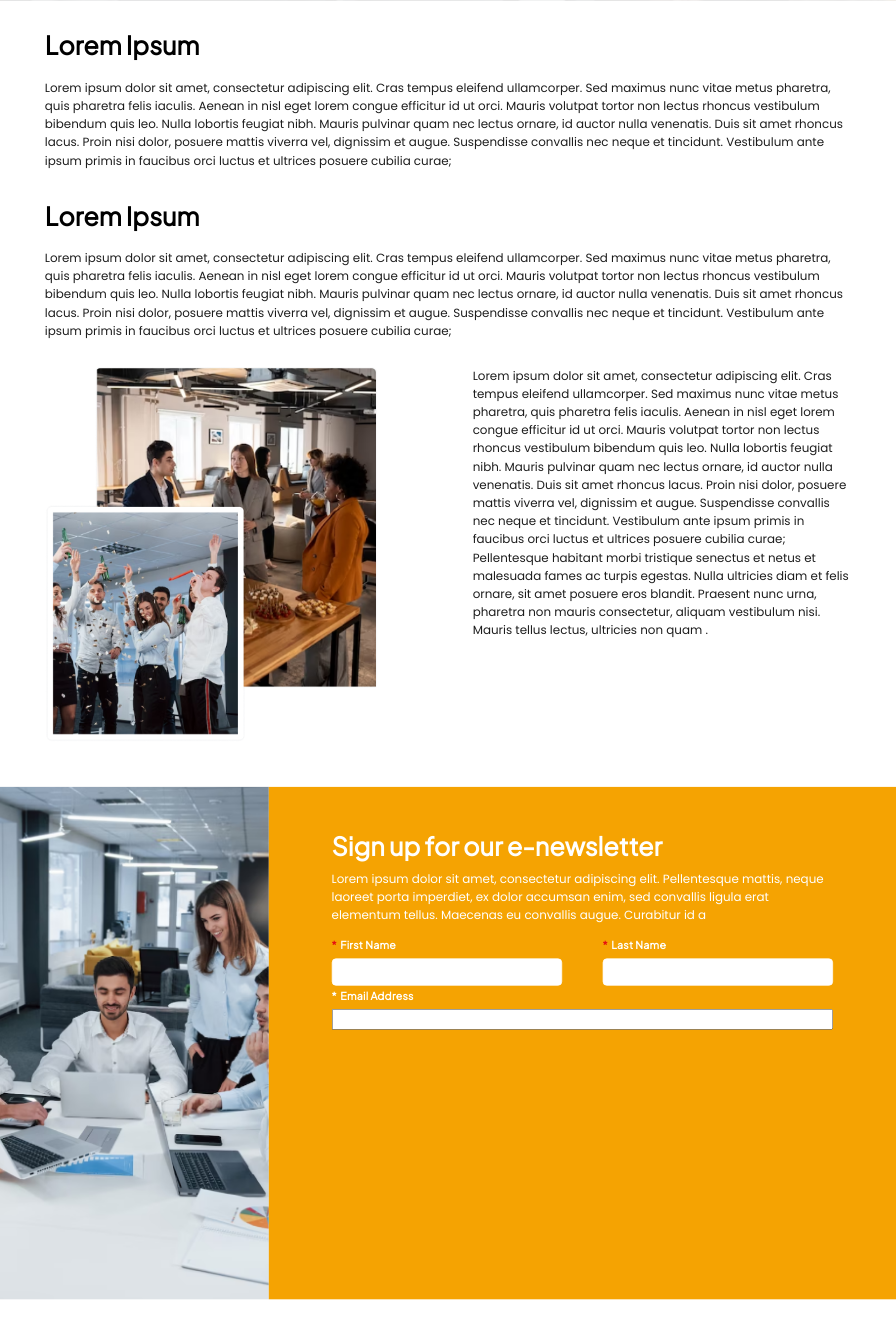
Repository: Akash8377/Hospitality-website
Page: /about-us
The author's editor kept a copy of each file at every save. The page is drawn from the files as they stood at one save, then again after a run of saves.
The browser window is 1280 px wide. The pictures show the part of the page from y = 683 to 2603 px (the page is 2603 px tall), at 70% of full size.
Some web libraries are served in a nearby version. The project was rebuilt for these pictures with package versions that can differ from the ones it lists, and the page was loaded fresh each time. Also part of the build but not shown: src/Component/Partial/heading-cont.js, src/Component/Shared/about-us.js, src/Component/Shared/Banner.js, src/Component/Shared/popular-jobs.js, src/Component/Sliders/ServiceSlider.js, src/Component/Sliders/ReviewSlider.js, src/Component/Partial/index-banner.js, src/Component/Partial/index-buisness-banner.js and 2 more.

Above is the page before, as saved 2023-07-07 12:13:12.

### public/index.html
<!-- @format -->

<!DOCTYPE html>
<html lang="en">
  <head>
    <meta charset="utf-8" />
    <link rel="icon" href="%PUBLIC_URL%/favicon.ico" />
    <meta name="viewport" content="width=device-width, initial-scale=1" />
    <meta name="theme-color" content="#000000" />
    <meta
      name="description"
      content="Web site created using create-react-app"
    />
    <link rel="apple-touch-icon" href="%PUBLIC_URL%/logo192.png" />
    <link rel="manifest" href="%PUBLIC_URL%/manifest.json" />

    <link rel="preconnect" href="https://fonts.googleapis.com" />
    <link rel="preconnect" href="https://fonts.gstatic.com" crossorigin />
    <link href="https://fonts.googleapis.com/css2?family=Plus+Jakarta+Sans&family=Poppins&display=swap" rel="stylesheet">
    <title>React App</title>
  </head>
  <body>
    <noscript>You need to enable JavaScript to run this app.</noscript>
    <div id="root"></div>
  </body>
  <script src="https://kit.fontawesome.com/b533b351e4.js" crossorigin="anonymous"></script>
</html>

### src/index.css
/** @format */

body {
  margin: 0;
  padding: 0;
  font-family: -apple-system, BlinkMacSystemFont, "Segoe UI", "Roboto", "Oxygen",
    "Ubuntu", "Cantarell", "Fira Sans", "Droid Sans", "Helvetica Neue",
    sans-serif;
  -webkit-font-smoothing: antialiased;
  -moz-osx-font-smoothing: grayscale;
}

code {
  font-family: source-code-pro, Menlo, Monaco, Consolas, "Courier New",
    monospace;
}

### src/App.js
import React from 'react'
import {  BrowserRouter  , Route , Routes } from 'react-router-dom'
import HomePage from './Pages/HomePage'



// Css
import './Css/Navbar.css'
import './Css/Lap.css'
import AboutUs from './Pages/AboutUs'
const App = () => {
  return (
    <>
      <BrowserRouter>
        <Routes>
            <Route path='/' element={<HomePage />} />
            <Route path='/about-us' element={<AboutUs />} />
        </Routes>
      </BrowserRouter>
    </>
  )
}

export default App

### src/Css/Navbar.css
/** @format */

.Navbar {
  display: flex;
  justify-content: space-evenly;
  box-shadow: 0px 10px 30px 0px rgba(0, 0, 0, 0.25);
  background-color: #033c59;
  padding: 20px;
  align-items: center;
}
.Navbar .main {
  width: 15%;
  text-align: center;
}
.Navbar .main a {
  text-decoration: none;
  color: #fff;
  font-size: 20px;
  font-family: Plus Jakarta Sans;
  font-style: normal;
  font-weight: 400;
  line-height: 24px;
  letter-spacing: 1px;
  margin: 0;
}

.Navbar .main img {
  display: block;
  margin: auto;
  max-width: 100%;
}
.Navbar .main div {
  border-radius: 24px;
  border: 1px solid #f3f4f6;
  background: #eee;
  padding: 8px;
  display: flex;
  justify-content: space-between;
  padding-left: 10px;
  padding-right: 10px;
}
.Navbar .main div input {
  border: none;
  background-color: transparent;
  outline: none;
  color: #6b7280;
  font-size: 14px;
  font-family: Plus Jakarta Sans;
  font-style: normal;
  font-weight: 400;
  line-height: normal;
  width: 80%;
}
.Navbar .main button {
  border-radius: 8px;
  background: #f5a302;
  width: 120px;
  padding: 10px;
  color: #fff;
  text-align: center;
  font-size: 16px;
  font-family: Plus Jakarta Sans;
  font-style: normal;
  font-weight: 800;
  line-height: normal;
  outline: none;
  border: 1px solid #f5a302;
}

.Navbar .main a:focus{
    font-weight: 700;
}

### src/Css/Lap.css
/** @format */

/* Home Page Banner */
.Banner {
  min-height: 600px;
  max-height: 800px;
  width: 100%;
  background-image: url("../../public/Image/1.png");
  background-size: cover;
  background-repeat: no-repeat;
  position: relative;
}
.Banner h2 {
  color: #fff;
  text-align: center;
  font-size: 60px;
  font-family: Plus Jakarta Sans;
  font-style: normal;
  font-weight: 700;
  line-height: 90px;
}
.Banner p {
  color: rgba(255, 255, 255, 0.7);
  text-align: center;
  font-size: 17px;
  font-family: Plus Jakarta Sans;
  font-style: normal;
  font-weight: 400;
  line-height: 28px;
}

.Banner .two_button {
  display: flex;
  justify-content: center;
  gap: 20px;
}
.Banner .two_button button {
  border-radius: 10px;
  background: #033c59;
  border: 1px solid #033c59;
  box-shadow: 0px 0px 3px 0px rgba(60, 72, 88, 0.15);
  width: 457px;
  color: #fff;
  height: 92px;
  color: #fff;
  font-size: 28px;
  font-family: Plus Jakarta Sans;
  font-style: normal;
  font-weight: 700;
  line-height: normal;
  display: flex;
  justify-content: center;
  align-items: center;
  gap: 20px;
}

.Banner .Bottom_Button {
  border-radius: 10px;
  background: #f5a302;
  box-shadow: 0px 0px 3px 0px rgba(60, 72, 88, 0.15);
  color: #fff;
  text-align: center;
  font-size: 28px;
  font-family: Plus Jakarta Sans;
  font-style: normal;
  font-weight: 700;
  border: 1px solid #f5a302;
  height: 92px;
  width: 666px;
  display: flex;
  justify-content: center;
  align-items: center;
  gap: 20px;
  margin: auto;
  margin-top: 20px;
}

.Banner .content {
  position: absolute;
  top: 50%;
  left: 50%;
  transform: translate(-50%, -50%);
}

/* -------------------------- */

/* Home Page About us Section */
.Three_Div {
  display: flex;
  justify-content: space-evenly;
  gap: 20px;
  flex-wrap: wrap;
  margin-top: 2%;
  padding: 20px;
}
.Three_Div .Item {
  width: 357.126px;
}
.Three_Div .Item .upper {
  width: 100%;
  height: 381.393px;
  position: relative;
  background-image: url("../../public/Image/2.png");
}
.Three_Div .Item .upper .head {
  color: #fff;
  text-align: center;
  font-size: 36px;
  font-family: Plus Jakarta Sans;
  font-style: normal;
  font-weight: 600;
  max-width: 100%;
  width: 100%;
  margin: auto;
  position: absolute;
  bottom: 30px;
  left: 50%;
  transform: translate(-50%);
}
.Three_Div .Item .desc {
  color: #1d1d1d;
  text-align: center;
  font-size: 14px;
  font-family: Poppins;
  font-style: normal;
  font-weight: 400;
  line-height: normal;
  margin-top: 20px;
}
.Three_Div .Item button {
  border-radius: 6px;
  border: 1px solid #f5a302;
  background: #fef6e6;
  padding: 5px 21.02px 5px 21px;
  display: block;
  margin: auto;
  color: #f5a302;
  text-align: center;
  font-size: 15px;
  font-family: Plus Jakarta Sans;
  font-style: normal;
  font-weight: 600;
  line-height: 28px;
  letter-spacing: 0.375px;
}

/* Home Page Heading Container*/
.Center_Heading {
  margin-top: 5%;
}
.Center_Heading h5 {
  color: #161c2d;
  text-align: center;
  font-size: 36px;
  font-family: Plus Jakarta Sans;
  font-style: normal;
  font-weight: 600;
  line-height: 39px;
}
.Center_Heading .desc {
  color: #1d1d1d;
  text-align: center;
  font-size: 14px;
  font-family: Poppins;
  font-style: normal;
  font-weight: 400;
  line-height: normal;
  max-width: 600px;
  margin: auto;
}

/* Home Page Popular Jobs */
.Popular_Jobs {
  padding: 20px;
}
.Popular_Jobs table {
  table-layout: fixed;
  width: 90%;
  margin: auto;
  text-align: center;
}
.Popular_Jobs table tbody td .flex-cont {
  display: flex;
  gap: 5px;
  justify-content: center;
  align-items: center;
}

.Popular_Jobs table tbody tr {
  margin-top: 30px 0 !important;
  border-radius: 4px;
  background: rgba(255, 255, 255, 0);
  box-shadow: 0px 0px 3px 0px rgba(60, 72, 88, 0.15);
  border: 1px solid rgba(255, 255, 255, 0);
}
.Popular_Jobs table tbody tr td {
  padding: 10px;
}
.Popular_Jobs table tbody td .flex-cont p {
  color: #161c2d;
  font-size: 17px;
  font-family: Plus Jakarta Sans;
  font-style: normal;
  font-weight: 600;
  line-height: 28px;
  margin: 0;
}
.Popular_Jobs table tbody td .flex-cont button {
  border-radius: 6px;
  border: 1px solid #005479;
  background: #005479;
  color: #fff;
  text-align: center;
  font-size: 15px;
  font-family: Plus Jakarta Sans;
  font-style: normal;
  font-weight: 600;
  line-height: 28px;
  letter-spacing: 0.375px;
}
.Popular_Jobs table tbody td .flex-cont i {
  color: #005479;
  width: 40px;
  height: 40px;
  border: 1px solid #005479;
  text-align: center;
  border-radius: 100%;
  background-color: rgba(3, 0, 129, 0.05);
  padding: 10px;
}
.Popular_Jobs table tbody td .flex-vertical-cont {
  display: flex;
  flex-direction: column;
}
.Popular_Jobs table tbody td .flex-vertical-cont p {
  margin: 0;
  color: #161c2d;
  font-size: 15px;
  font-family: Plus Jakarta Sans;
  font-style: normal;
  font-weight: 700;
  line-height: 28px;
}
.Popular_Jobs table tbody td .flex-vertical-cont select {
  border-radius: 6px;
  border: 1px solid #777;
  background: #eee;
  width: 164px;
  margin: auto;
  outline: none;
  color: #777;
  font-size: 14px;
  font-family: Plus Jakarta Sans;
  font-style: normal;
  font-weight: 400;
  line-height: 20px;
}
.Popular_Jobs table tbody td .flex-vertical-cont div {
  display: flex;
  gap: 5px;
  align-items: center;
  justify-content: center;
}
.Popular_Jobs table tbody td .flex-vertical-cont div p {
  color: #94a3b8;
  font-size: 15px;
  font-family: Plus Jakarta Sans;
  font-style: normal;
  font-weight: 400;
  line-height: 28px;
}
.Popular_Jobs table tbody td .flex-vertical-cont div i {
  color: #94a3b8;
}

/* Home Page Service Slider */
.Service_Slider_Container {
  position: relative;
  margin-top: 20px;
}
.Service_Slider_Container .Service_Slider .Main {
  width: 421px !important;
  height: 506px !important;
  position: relative;
  display: block !important;
  margin: auto;
}
.Service_Slider_Container .Service_Slider .Main img {
  position: absolute;
  top: 0;
  bottom: 0;
  left: 0;
  right: 0;
  z-index: -1;
}
.Service_Slider_Container .slick-arrow {
  display: none !important;
}

.Service_Slider_Container .Service_Slider .Main .head {
  color: #fff;
  text-align: center;
  font-size: 36px;
  font-family: Plus Jakarta Sans;
  font-style: normal;
  font-weight: 600;
  line-height: 28px;
  position: absolute;
  top: 50%;
  left: 50%;
  transform: translate(-50%, -50%);
  width: 100%;
}
.Service_Slider_Container .Service_Slider .Main button {
  display: flex;
  gap: 10px;
  align-items: center;
  border-radius: 6px;
  border: 1px solid #fff;
  background: #fff;
  width: 148.49px;
  height: 37.865px;
  color: #000;
  text-align: center;
  font-size: 15px;
  font-family: Plus Jakarta Sans;
  font-style: normal;
  font-weight: 600;
  line-height: 28px;
  letter-spacing: 0.375px;
  position: absolute;
  top: 70%;
  left: 50%;
  transform: translate(-50%, -50%);
  text-align: center;
  justify-content: center;
}

/* Home Page Review Slider */
.Review_Slider_Container {
  position: relative;
  margin-top: 30px;
  margin-bottom: 20px;
}
.Review_Slider_Container .Review_Slider .Main {
  width: 357px !important;
  height: 466px !important;
  position: relative;
  display: block !important;
  margin: auto;
  background: #fff;
  box-shadow: 0px 20px 40px 10px rgba(159, 159, 159, 0.15),
    0px -10px 50px 0px rgba(0, 0, 0, 0.1);
  padding: 20px;
}

.Review_Slider_Container .slick-arrow {
  display: none !important;
}
.Review_Slider_Container .Review_Slider .Main .User_Profile {
  display: flex;
  justify-content: space-between;
  max-width: 90%;
  gap: 10px;
  align-items: center;
}

.Review_Slider_Container .Review_Slider .Main .User_Profile img {
  width: 73px;
  height: 73px;
  border-radius: 100%;
}
.Review_Slider_Container .Review_Slider .Main .User_Profile p {
  margin: 0;
}

.Review_Slider_Container .Review_Slider .Main .User_Profile div .head {
  color: #000;
  font-size: 22px;
  font-family: Plus Jakarta Sans;
  font-style: normal;
  font-weight: 700;
  line-height: 39px;
}
.Review_Slider_Container .Review_Slider .Main .User_Profile div .desc {
  color: #9c9c9c;
  font-size: 15px;
  font-family: Plus Jakarta Sans;
  font-style: normal;
  font-weight: 700;
  line-height: 39px;
}

.Review_Slider_Container .Review_Slider .Main .Reviews {
  display: flex;
  align-items: center;
  justify-content: space-between;
  margin-top: 10px;
}
.Review_Slider_Container .Review_Slider .Main .Reviews div {
  display: flex;
  gap: 5px;
}
.Review_Slider_Container .Review_Slider .Main .Reviews div i {
  color: #ffc107;
  font-size: 23px;
}

.Review_Slider_Container .Review_Slider .Main .Reviews p {
  margin: 0;
  color: #9c9c9c;
  font-size: 15px;
  font-family: Plus Jakarta Sans;
  font-style: normal;
  font-weight: 700;
  line-height: 39px;
}
.Review_Slider_Container .Review_Slider .Main .content {
  text-align: left;
  margin-top: 10px;
}
.Review_Slider_Container .Review_Slider .Main .content p {
  color: #000;
  font-size: 17px;
  font-family: Plus Jakarta Sans;
  font-style: normal;
  font-weight: 400;
  line-height: 28px;
}

/* Index Two Sec Banner */
.Index_Banner_Two_Sec {
  display: flex;
  width: 90%;
  margin: auto;
  align-items: stretch;
  margin-top: 2%;
  justify-content: center;
  height: 550px;
  max-width: 1200px;
  margin-bottom: 20px;
}
.Index_Banner_Two_Sec .left {
  width: 30%;
  display: flex;
  justify-content: flex-end;
}
.Index_Banner_Two_Sec .left img {
  width: auto;
  max-height: 100%;
}

.Index_Banner_Two_Sec .right {
  width: 70%;
  background-color: #f5a302;
  position: relative;
}
.Index_Banner_Two_Sec .right .content {
  position: absolute;
  top: 50%;
  left: 50%;
  transform: translate(-50%, -50%);
  width: 90%;
  margin: auto;
}
.Index_Banner_Two_Sec .right .content h5 {
  color: #fff;
  font-family: Plus Jakarta Sans;
  font-size: 36px;
  font-style: normal;
  font-weight: 600;
  line-height: 54px;
}
.Index_Banner_Two_Sec .right .content p {
  color: #fff;
  font-family: Plus Jakarta Sans;
  font-size: 17px;
  font-style: normal;
  line-height: 28px;
}
.Index_Banner_Two_Sec .right .content ul {
  list-style: none;
  padding-left: 0;
}
.Index_Banner_Two_Sec .right .content ul li {
  display: flex;
  gap: 10px;
  align-items: center;
}
.Index_Banner_Two_Sec .right .content ul li span {
  color: #fff;
  font-family: Plus Jakarta Sans;
  font-size: 15px;
  font-style: normal;
  font-weight: 400;
  line-height: 28px;
}

/* Index Buisness Banner */
.Index_Buisness_Banner {
  display: flex;
  justify-content: space-evenly;
  width: 90%;
  margin: auto;
  margin-top: 5%;
}
.Index_Buisness_Banner .left {
  width: 50%;
  padding: 20px;
}
.Index_Buisness_Banner .left h5 {
  color: #161c2d;
  font-family: Plus Jakarta Sans;
  font-size: 36px;
  font-style: normal;
  font-weight: 600;
  line-height: 39px;
}
.Index_Buisness_Banner .left p {
  color: #1d1d1d;
  font-family: Poppins;
  font-size: 14px;
  font-style: normal;
  font-weight: 400;
  line-height: normal;
  max-width: 60%;
}
.Index_Buisness_Banner .left .Two_Sec {
  display: flex;
  justify-content: space-between;
  flex-wrap: wrap;
}

.Index_Buisness_Banner .left .Two_Sec .Main {
  width: 49%;
  border-radius: 4px;
  background: #f8fafc;
  box-shadow: 0px 0px 3px 0px rgba(60, 72, 88, 0.15);
  padding: 20px;
  display: flex;
  align-items: flex-start;
  gap: 10px;
  margin-top: 20px;
}
.Index_Buisness_Banner .left .Two_Sec .Main div {
  display: flex;
  flex-direction: column;
  width: 60%;
}
.Index_Buisness_Banner .left .Two_Sec .Main div h6 {
  color: #161c2d;
  font-family: Plus Jakarta Sans;
  font-size: 16px;
  font-style: normal;
  font-weight: 600;
  line-height: 28px;
}

.Index_Buisness_Banner .left .Two_Sec .Main div p {
  color: #005479;
  font-family: Plus Jakarta Sans;
  font-size: 14px;
  font-style: normal;
  font-weight: 400;
  line-height: 20px;
  width: 100%;
}
.Index_Buisness_Banner .left .Last_Text {
  display: flex;
  gap: 10px;
  color: #94a3b8;
  text-align: center;
  font-family: Plus Jakarta Sans;
  font-size: 15px;
  font-style: normal;
  font-weight: 600;
  line-height: 28px;
  letter-spacing: 0.375px;
  align-items: center;

  margin: 0;
  margin-top: 10px;
}
.Index_Buisness_Banner .right {
  width: 30%;
}
.Index_Buisness_Banner .right img {
  max-width: 100%;
  display: block;
  margin: auto;
}

/* Footer  */
.Footer {
  background: #f5a302;
  margin-top: 5%;
  padding-bottom: 50px;
}
.Footer .Upper_Div {
  display: flex;
  width: 90%;
  margin: auto;
  justify-content: space-between;
  padding-top: 2%;
  align-items: center;
}
.Footer .Upper_Div div {
  width: 15%;
}
.Footer .Upper_Div div p {
  margin: 0;
  color: #fff;
  font-family: Plus Jakarta Sans;
  font-size: 20px;
  font-style: normal;
  font-weight: 800;
  line-height: normal;
}
.Footer .Upper_Div div button {
  color: #fff;
  text-align: center;
  font-family: Plus Jakarta Sans;
  font-size: 16px;
  font-style: normal;
  font-weight: 800;
  border-radius: 8px;
  background: #005479;
  border: 1px solid #005479;
  width: 100%;
  padding: 10px;
  line-height: normal;
}

.Footer .Down_Div {
  display: flex;
  justify-content: space-between;
  width: 90%;
  margin: auto;
  margin-top: 40px;
}

.Footer .Down_Div .left h5 {
  color: #fff;
  font-family: Plus Jakarta Sans;
  font-size: 26px;
  font-style: normal;
  font-weight: 700;
  line-height: 39px;
}
.Footer .Down_Div .left .two_sec {
  display: flex;
  align-items: center;
  gap: 10px;
  margin-top: 30px;
}
.Footer .Down_Div .left .two_sec p {
  margin: 0;
  color: #fff;
  font-family: Plus Jakarta Sans;
  font-size: 17px;
  font-style: normal;
  font-weight: 500;
  line-height: normal;
}
.Footer .Down_Div .left .two_sec i {
  color: #fff;
  font-size: 20px;
}

.Footer .Down_Div .left .copyRight {
  color: #fff;
  font-family: Plus Jakarta Sans;
  font-size: 20px;
  margin-top: 40px;
  font-style: normal;
  font-weight: 500;
  line-height: normal;
}

/* About Us Page */
.AboutUs {
  min-height: 600px;
  max-height: 800px;
  width: 100%;
  background-image: url("../../public/Image/11.png");
  background-size: cover;
  background-repeat: no-repeat;
  position: relative;
}
.AboutUs h2 {
  color: #fff;
  text-align: center;
  font-size: 36px;
  font-family: Plus Jakarta Sans;
  font-style: normal;
  font-weight: 700;
  line-height: 90px;
}
.AboutUs p {
  color: rgba(255, 255, 255, 0.7);
  text-align: center;
  font-size: 14px;
  font-family: Plus Jakarta Sans;
  font-style: normal;
  font-weight: 400;
  line-height: 28px;
}

.AboutUs .content {
  position: absolute;
  top: 60%;
  left: 50%;
  transform: translate(-50%, -50%);
}

.About_Us-Content {
  width: 90%;
  margin: auto;
  margin-top: 3%;
}
.About_Us-Content h5 {
  color: #000;
  font-family: Plus Jakarta Sans;
  font-size: 36px;
  font-style: normal;
  font-weight: 600;
  line-height: 54px;
}
.About_Us-Content p {
  color: #1d1d1d;
  font-family: Poppins;
  font-size: 17px;
  font-style: normal;
  font-weight: 400;
  line-height: normal;
  margin-top: 20px;
}

.About_Us-two_Sec {
  display: flex;
  width: 90%;
  margin: auto;
  justify-content: space-between;
  margin-top: 3%;
}
.About_Us-two_Sec .right {
  width: 70%;
  text-align: left;
  display: flex;
  justify-content: flex-end;
}
.About_Us-two_Sec .right p {
  max-width: 80%;
  color: #1d1d1d;
  font-family: Poppins;
  font-size: 17px;
  font-style: normal;
  font-weight: 400;
  line-height: normal;
}

.About-Us_Newsletter {
  display: flex;
  align-items: stretch;
  max-height: 900px;
  margin-top: 5%;
  margin-bottom: 5%;
}
.About-Us_Newsletter .left {
  width: 30%;
}
.About-Us_Newsletter .left img {
  height: 100%;
  width: 100%;
}

.About-Us_Newsletter .right {
  background: #f5a302;
  width: 70%;
  padding-top: 5%;
}
.About-Us_Newsletter .right .content {
  width: 80%;
  margin: auto;
}
.About-Us_Newsletter .right .content h5 {
  color: #fff;
  font-family: Plus Jakarta Sans;
  font-size: 36px;
  font-style: normal;
  font-weight: 700;
  line-height: 39px;
}
.About-Us_Newsletter .right .content p {
  color: #fff;
  font-family: Poppins;
  font-size: 17px;
  font-style: normal;
  font-weight: 400;
  line-height: normal;
  margin-top: 2%;
}
.About-Us_Newsletter .right .content form {
  margin-top: 2%;
}
.About-Us_Newsletter .right .content form .Two_Inputs {
  display: flex;
  gap: 20px;
  justify-content: space-between;
  align-items: center;
}
.About-Us_Newsletter .right .content form .Two_Inputs div {
  width: 46%;
  display: flex;
  flex-direction: column;
  gap: 5px;
}
.About-Us_Newsletter .right .content form .Two_Inputs div label {
  color: #fff;
  font-family: Plus Jakarta Sans;
  font-size: 15px;
  font-style: normal;
  font-weight: 700;
  line-height: 28px;
  letter-spacing: 0.375px;
  display: flex;
  gap: 5px;
}
.About-Us_Newsletter .right .content form .Two_Inputs div label span {
  color: #e51111;
}
.About-Us_Newsletter .right .content form .Two_Inputs div input {
  border-radius: 6px;
  border: 1px solid #fff;
  background: #fff;
  width: 100%;
  padding: 5px;
  outline: none;
  font-family: Plus Jakarta Sans;
  font-size: 18px;
  font-style: normal;
}
.About-Us_Newsletter .right .content form .Single_Input div{
  width: 100%;
  display: flex;
  flex-direction: column;
  gap: 5px;
}
.About-Us_Newsletter .right .content form .Single_Input div label {
  color: #fff;
  font-family: Plus Jakarta Sans;
  font-size: 15px;
  font-style: normal;
  font-weight: 700;
  line-height: 28px;
  letter-spacing: 0.375px;
  display: flex;
  gap: 5px;
}
.About-Us_Newsletter .right .content form .Single_Input div{
  width: 100%;
  display: flex;
  flex-direction: column;
  gap: 5px;
}

### src/Pages/AboutUs.js
/** @format */

import React from "react";
import Navbar from "../Component/Navbar/Navbar";
import Banner from "../Component/Partial/About Us Component/Banner";
import ContentDescription from "../Component/Partial/About Us Component/content-description";
import Newsletter from "../Component/Partial/About Us Component/Newsletter";
import TwoSection from "../Component/Partial/About Us Component/two-section";

const AboutUs = () => {
  return (
    <>
      <Navbar />
      <Banner />
      <ContentDescription />
      <ContentDescription />
      <TwoSection />
      <Newsletter />
    </>
  );
};

export default AboutUs;

### src/Component/Partial/About Us Component/content-description.js
import React from 'react'

const ContentDescription = () => {
  return (
    <div className='About_Us-Content'>
        <h5>Lorem Ipsum</h5>
        <p>Lorem ipsum dolor sit amet, consectetur adipiscing elit. Cras tempus eleifend ullamcorper. Sed maximus nunc vitae metus pharetra, quis pharetra felis iaculis. Aenean in nisl eget lorem congue efficitur id ut orci. Mauris volutpat tortor non lectus rhoncus vestibulum bibendum quis leo. Nulla lobortis feugiat nibh. Mauris pulvinar quam nec lectus ornare, id auctor nulla venenatis. Duis sit amet rhoncus lacus. Proin nisi dolor, posuere mattis viverra vel, dignissim et augue. Suspendisse convallis nec neque et tincidunt. Vestibulum ante ipsum primis in faucibus orci luctus et ultrices posuere cubilia curae; </p>
    </div>
  )
}

export default ContentDescription

Loaded but not shown: src/index.js (common file); src/Component/Partial/About Us Component/two-section.js (33 lines, source omitted); src/Component/Partial/About Us Component/Newsletter.js (45 lines, source omitted); src/Component/Partial/About Us Component/Banner.js (18 lines, source omitted); src/Component/Navbar/Navbar.js (45 lines, source omitted)

After the next 2 saves:
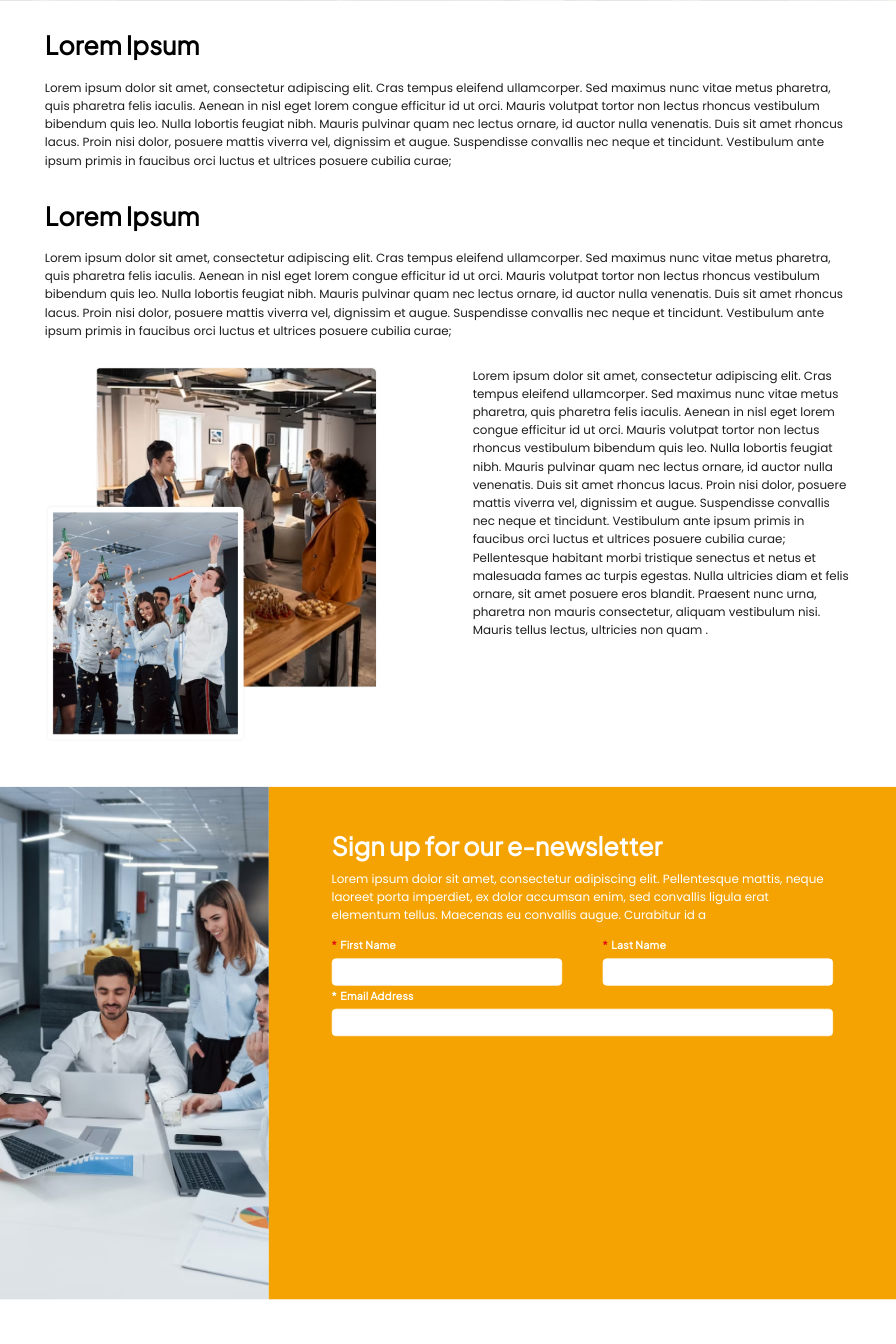
The 2 saves are shown as one change because they came seconds apart.
The last was saved 10 s later.
--- a/src/Css/Lap.css
+++ b/src/Css/Lap.css
@@ -857,9 +857,14 @@
   display: flex;
   gap: 5px;
 }
-.About-Us_Newsletter .right .content form .Single_Input div{
-  width: 100%;
-  display: flex;
-  flex-direction: column;
-  gap: 5px;
-}
+.About-Us_Newsletter .right .content form .Single_Input div input {
+  border-radius: 6px;
+  border: 1px solid #fff;
+  background: #fff;
+  width: 100%;
+  padding: 5px;
+  outline: none;
+  font-family: Plus Jakarta Sans;
+  font-size: 18px;
+  font-style: normal;
+}
